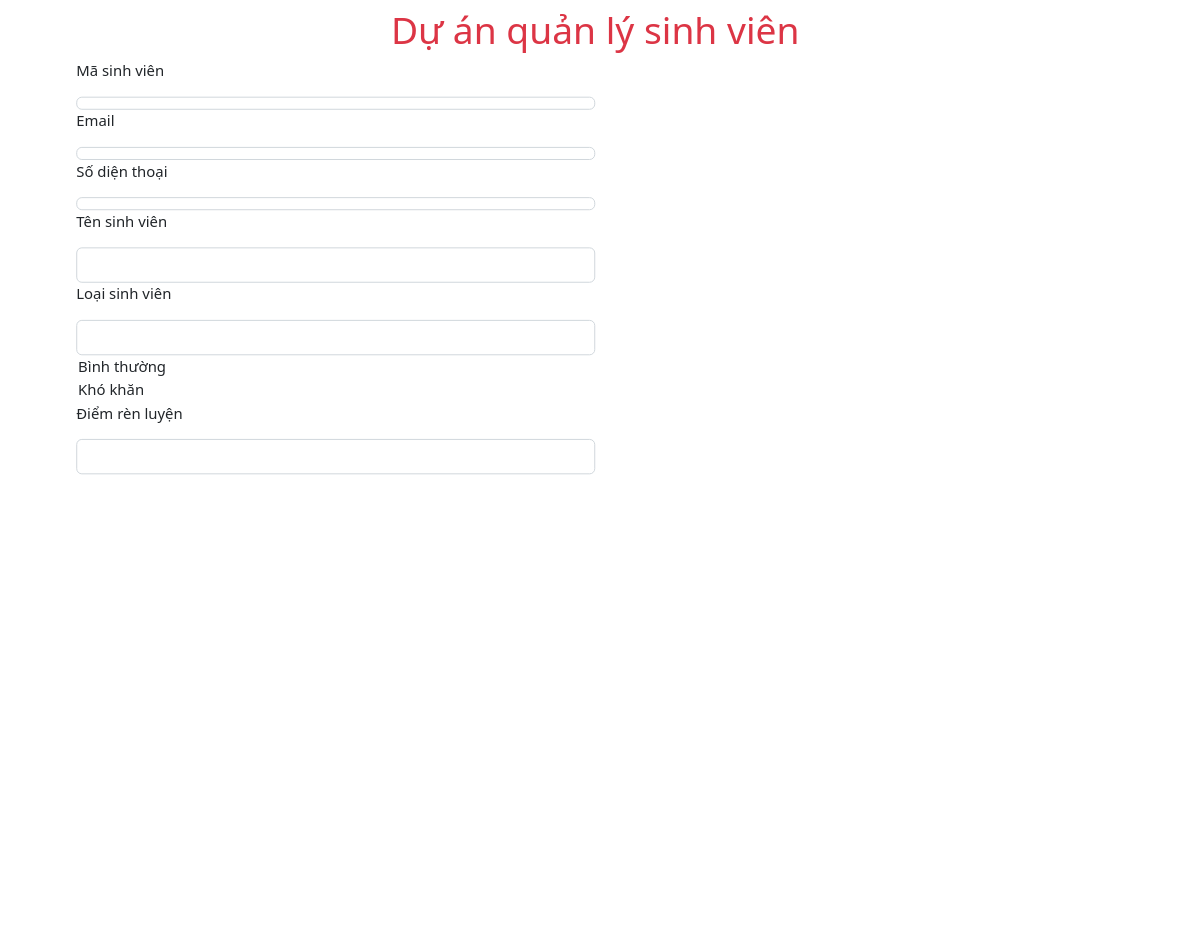
Repository: hcozyph/Cybersoft_JS_OOP
Page: index.html
The author's editor kept a copy of each file at every save. The page is drawn from the files as they stood at one save, then again after the next save.
The browser window is 1280 px wide. The pictures show the whole page, at 93% of full size.

Above is the page before, as saved 2023-02-26 09:21:19.

After the next save:
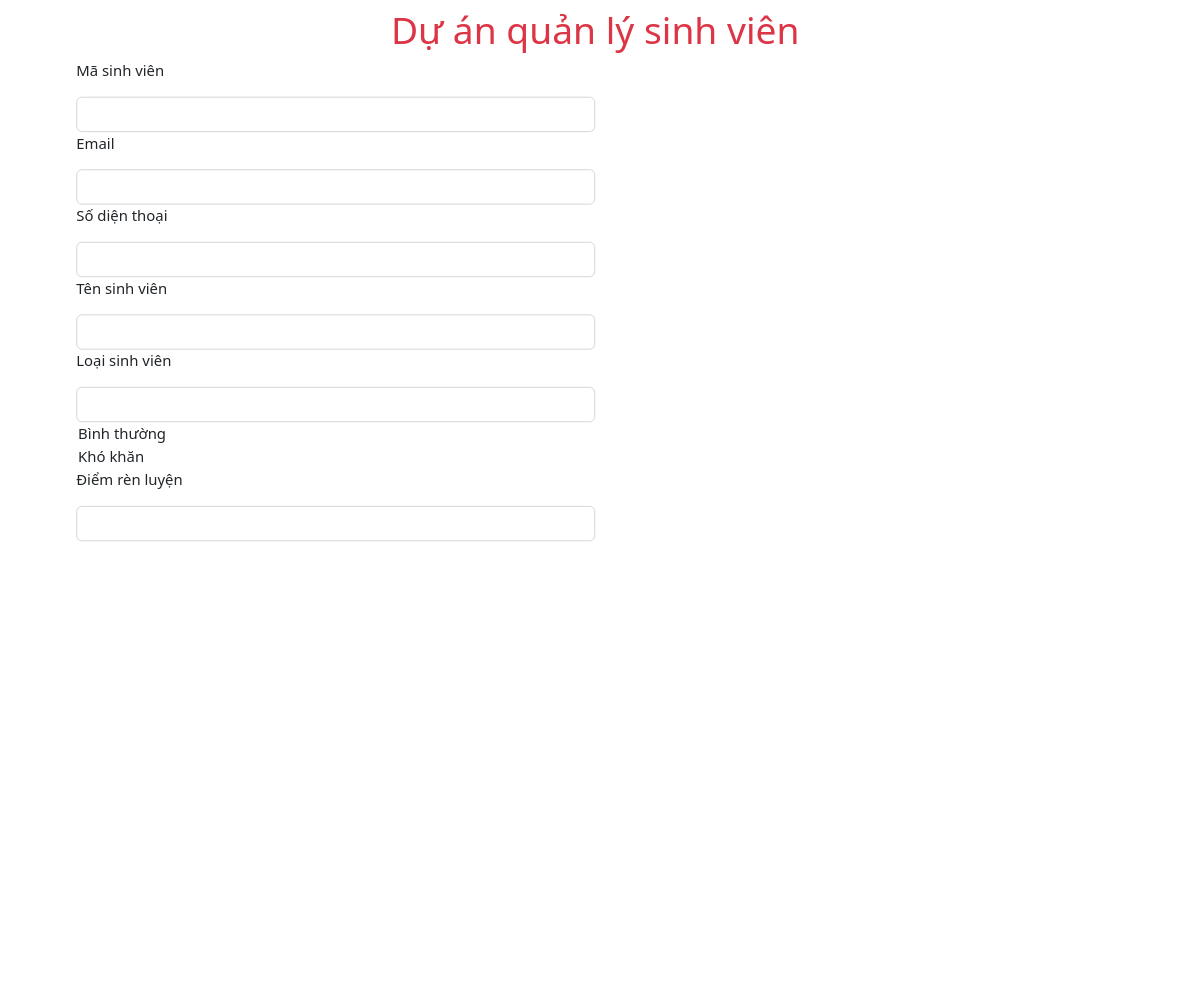
Saved 27 s later.
--- a/index.html
+++ b/index.html
@@ -34,17 +34,17 @@
                 <div class="col-md-6">
                     <div class="form-group">
                         <p>Mã sinh viên</p>
-                        <div class="form-control" id="maSinhVien"></div>
+                        <input class="form-control" id="maSinhVien"></input>
                     </div>
 
                     <div class="form-group">
                         <p>Email</p>
-                        <div class="form-control" id="email"></div>
+                        <input class="form-control" id="email"></input>
                     </div>
 
                     <div class="form-group">
                         <p>Số diện thoại</p>
-                        <div class="form-control" id="soDienThoai"></div>
+                        <input class="form-control" id="soDienThoai"></input>
                     </div>
                 </div>
 
